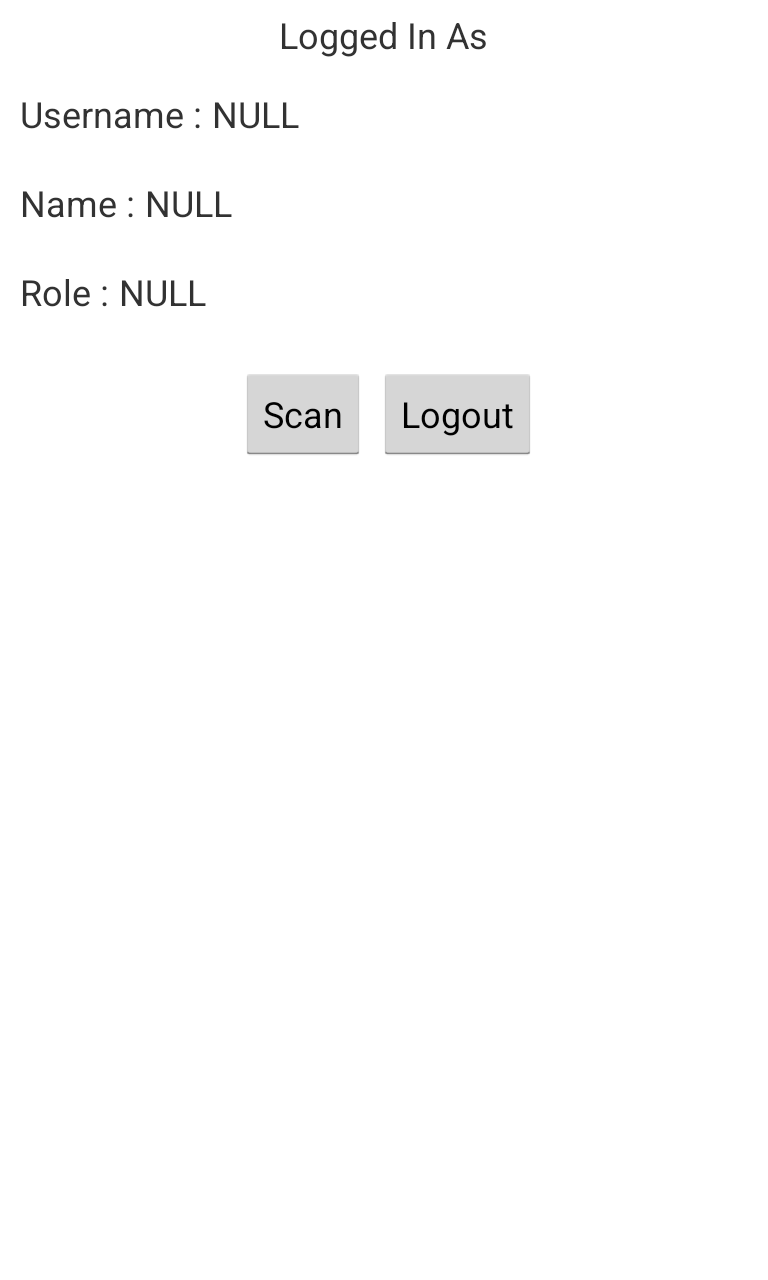
Repository: LennoxAlexion/UID
Layout: Android App/Uid-Project/res/layout/activity_sec_page.xml
These files come from the project's save history. The layout is drawn as it stood at one moment and after the next save; the edit follows.
It is drawn on a 768 x 1280 px phone screen (xhdpi) without system bars, with theme AppTheme; the app's code is not run.

Above is the layout before, as saved 2015-03-29 06:19:47.

After the next save:
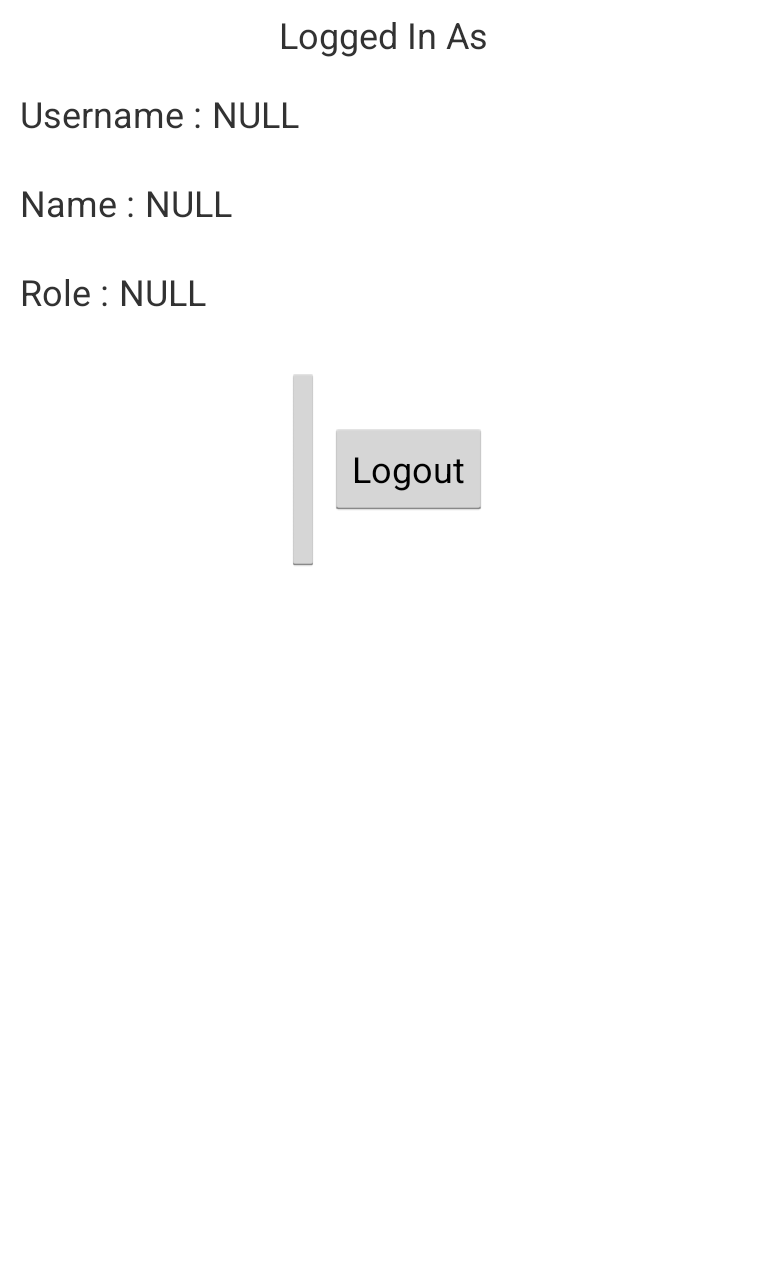
Saved 13 s later.
--- a/Android App/Uid-Project/res/layout/activity_sec_page.xml
+++ b/Android App/Uid-Project/res/layout/activity_sec_page.xml
@@ -89,7 +89,7 @@
         android:gravity="center">
     <Button
         android:id="@+id/Button_Sec_Page_Scan"
-        android:layout_width="wrap_content"
+        android:layout_width="15dp"
         android:layout_height="wrap_content"
         android:text="Scan"
         android:layout_margin="5dp"/>
